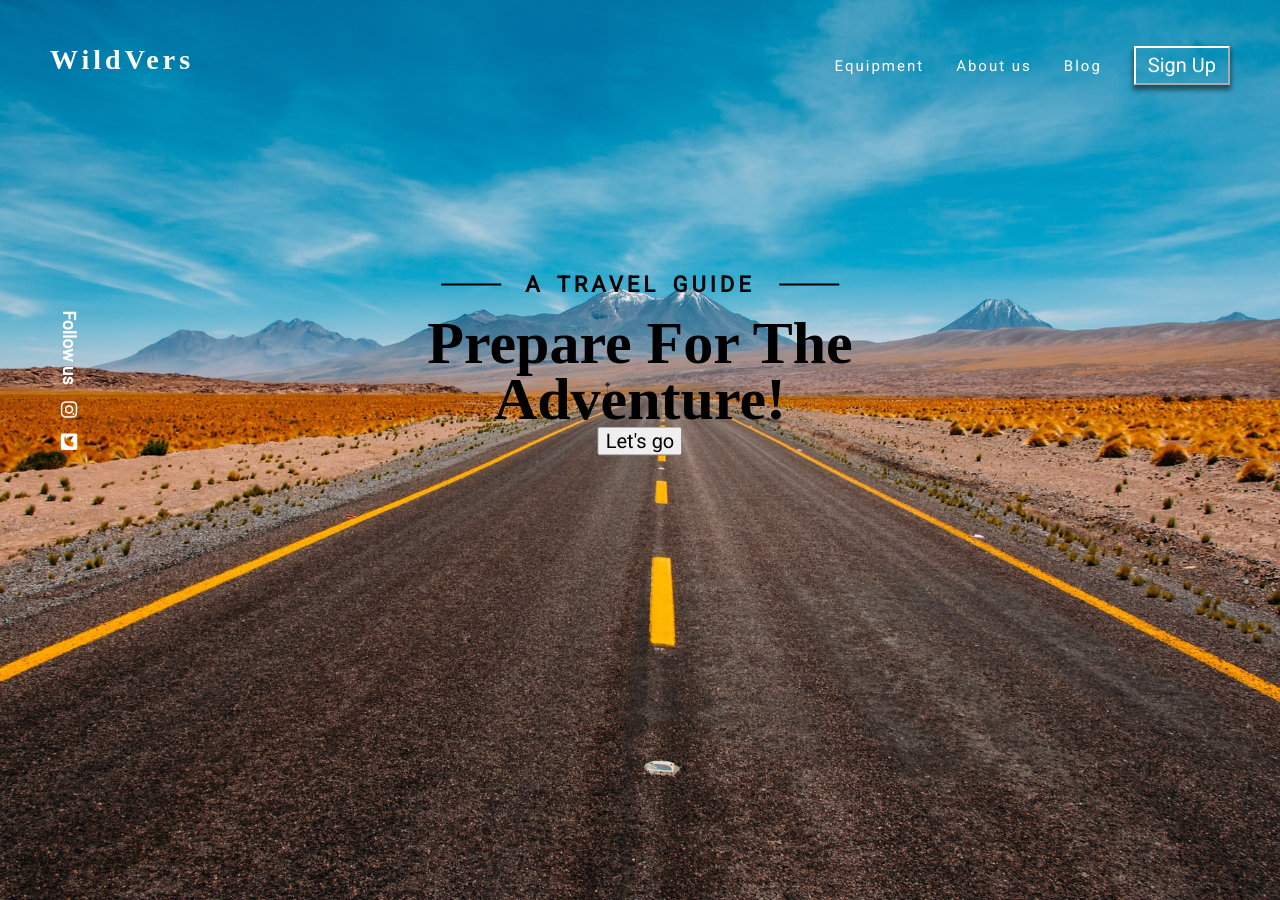
Repository: Hunga9k50doker/wildver-travel
Page: src/index.html
An editor plug-in stored every save of this project. The page is shown before and after the next save, followed by the edit.
The browser window is 1280 px wide. The pictures show the whole page.
Some web fonts or font styles are not loaded; a fallback is used. The style sheet was rebuilt from its Sass, Less or Tailwind sources for each picture, by a compiler version that may differ from the author's.

Above is the page before, as saved 2021-08-26 00:27:46.

After the next save:
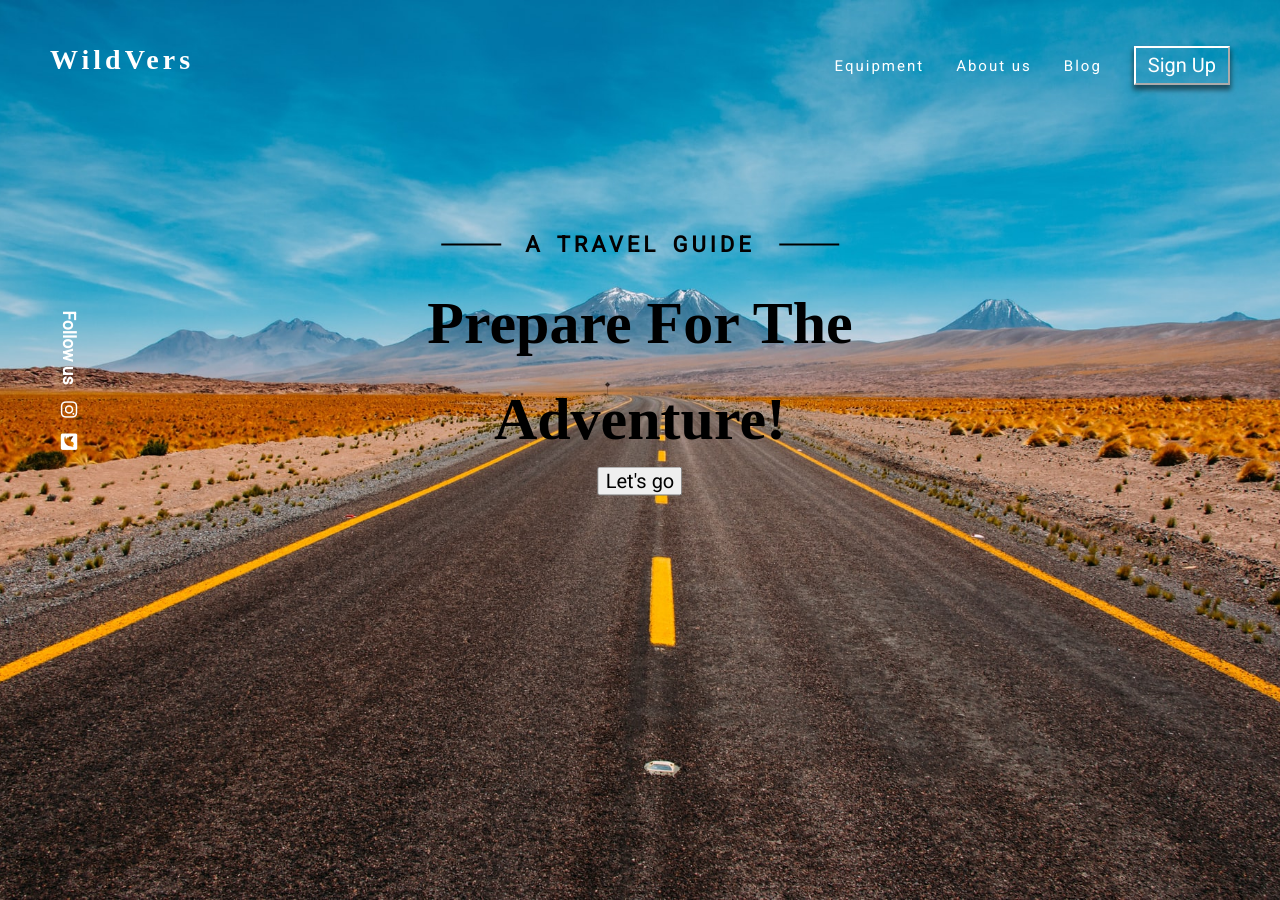
Saved 6 s later.
--- a/src/resources/scss/header.scss
+++ b/src/resources/scss/header.scss
@@ -139,7 +139,7 @@
             }
             h2{
                 font-size:6rem;
-                margin:2rem;
+                margin:4rem;
                 &:first-child{
                     margin-top: 4rem;
                 }
